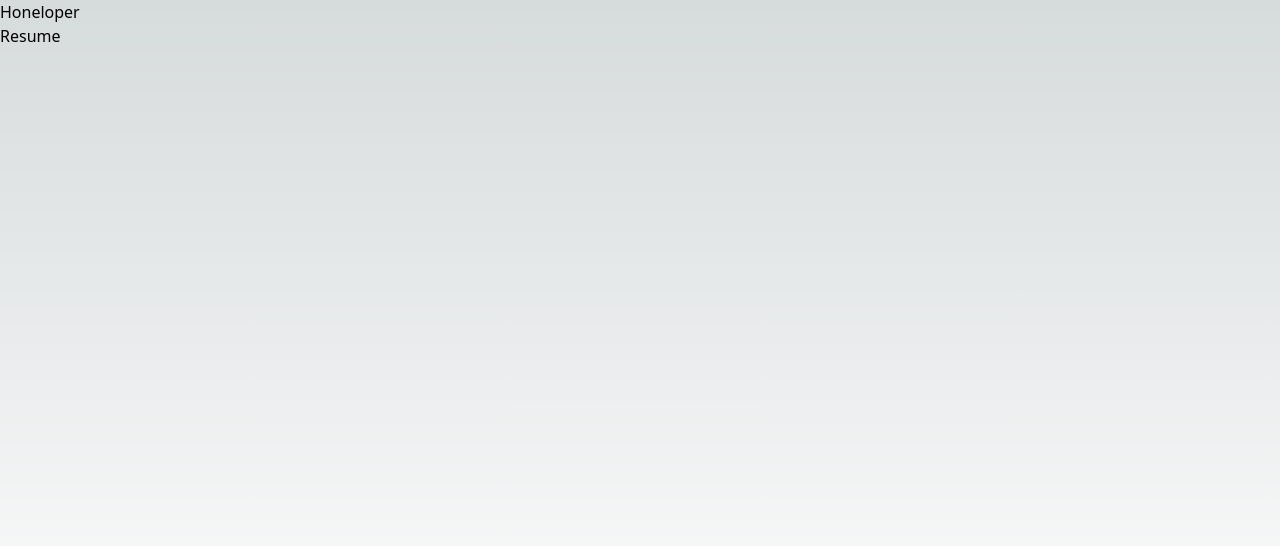
Repository: fatemesoleymanian/portfolio
Page: /
The author's editor kept a copy of each file at every save. The page is drawn from the files as they stood at one save, then again after the next save.
The browser window is 1280 px wide. The pictures show the whole page.
The project was rebuilt for these pictures with package versions that can differ from the ones it lists, and the page was loaded fresh each time. The framework's server and built-in components were replaced by stand-ins that run in the browser. Also part of the build but not shown: next.config.js.

Above is the page before, as saved 2023-03-10 13:16:19.

### pages/index.js
import Head from 'next/head'

export default function Home() {
  return (
    <>
      <Head>
        <title>My Portfolio</title>
        <meta name="description" content="Generated by create next app" />
        <meta name="viewport" content="width=device-width, initial-scale=1" />
        <link rel="icon" href="/favicon.ico" />
      </Head>
      <main>
       <section className="min-h-screen">
          <nav>
          <h1>Honeloper</h1>
            <ul>
              <li></li>
              <li>
                <a href='#'>Resume</a>
              </li>
            </ul>
          </nav>
        </section>
      </main>
    </>
  )
}

### styles/globals.css
@tailwind base;
@tailwind components;
@tailwind utilities;
:root {
  --max-width: 1100px;
  --border-radius: 12px;
  --font-mono: ui-monospace, Menlo, Monaco, 'Cascadia Mono', 'Segoe UI Mono',
    'Roboto Mono', 'Oxygen Mono', 'Ubuntu Monospace', 'Source Code Pro',
    'Fira Mono', 'Droid Sans Mono', 'Courier New', monospace;

  --foreground-rgb: 0, 0, 0;
  --background-start-rgb: 214, 219, 220;
  --background-end-rgb: 255, 255, 255;

  --primary-glow: conic-gradient(
    from 180deg at 50% 50%,
    #16abff33 0deg,
    #0885ff33 55deg,
    #54d6ff33 120deg,
    #0071ff33 160deg,
    transparent 360deg
  );
  --secondary-glow: radial-gradient(
    rgba(255, 255, 255, 1),
    rgba(255, 255, 255, 0)
  );

  --tile-start-rgb: 239, 245, 249;
  --tile-end-rgb: 228, 232, 233;
  --tile-border: conic-gradient(
    #00000080,
    #00000040,
    #00000030,
    #00000020,
    #00000010,
    #00000010,
    #00000080
  );

  --callout-rgb: 238, 240, 241;
  --callout-border-rgb: 172, 175, 176;
  --card-rgb: 180, 185, 188;
  --card-border-rgb: 131, 134, 135;
}

@media (prefers-color-scheme: dark) {
  :root {
    --foreground-rgb: 255, 255, 255;
    --background-start-rgb: 0, 0, 0;
    --background-end-rgb: 0, 0, 0;

    --primary-glow: radial-gradient(rgba(1, 65, 255, 0.4), rgba(1, 65, 255, 0));
    --secondary-glow: linear-gradient(
      to bottom right,
      rgba(1, 65, 255, 0),
      rgba(1, 65, 255, 0),
      rgba(1, 65, 255, 0.3)
    );

    --tile-start-rgb: 2, 13, 46;
    --tile-end-rgb: 2, 5, 19;
    --tile-border: conic-gradient(
      #ffffff80,
      #ffffff40,
      #ffffff30,
      #ffffff20,
      #ffffff10,
      #ffffff10,
      #ffffff80
    );

    --callout-rgb: 20, 20, 20;
    --callout-border-rgb: 108, 108, 108;
    --card-rgb: 100, 100, 100;
    --card-border-rgb: 200, 200, 200;
  }
}

* {
  box-sizing: border-box;
  padding: 0;
  margin: 0;
}

html,
body {
  max-width: 100vw;
  overflow-x: hidden;
}

body {
  color: rgb(var(--foreground-rgb));
  background: linear-gradient(
      to bottom,
      transparent,
      rgb(var(--background-end-rgb))
    )
    rgb(var(--background-start-rgb));
}

a {
  color: inherit;
  text-decoration: none;
}

@font-face {
  font-family: "burtons";
  src: url('../public/Burtons.otf');
}

### tailwind.config.js
/** @type {import('tailwindcss').Config} */
module.exports = {
  content: [
    "./app/**/*.{js,ts,jsx,tsx}",
    "./pages/**/*.{js,ts,jsx,tsx}",
    "./components/**/*.{js,ts,jsx,tsx}",

  ],
  theme: {
    extend: {},
  },
  plugins: [],
}

Loaded but not shown: pages/_app.js (common file); pages/_document.js (common file)

After the next save:
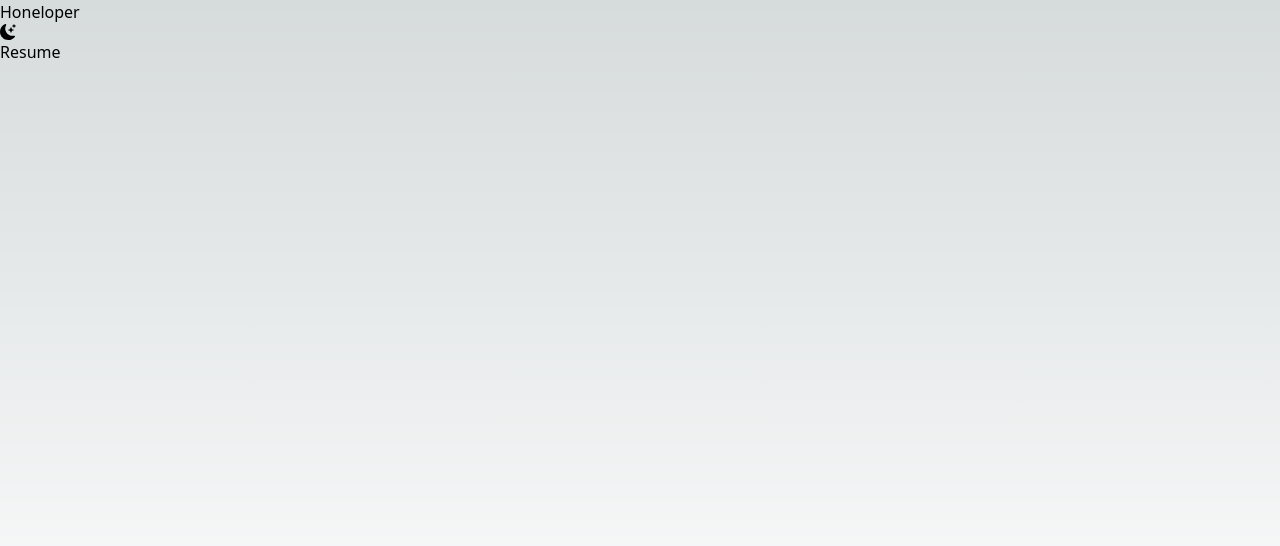
Saved 2 min 28 s later.
--- a/pages/index.js
+++ b/pages/index.js
@@ -1,5 +1,5 @@
 import Head from 'next/head'
-
+import {BsFillMoonStarsFill} from 'react-icons/bs'
 export default function Home() {
   return (
     <>
@@ -14,7 +14,9 @@ export default function Home() {
           <nav>
           <h1>Honeloper</h1>
             <ul>
-              <li></li>
+              <li>
+                <BsFillMoonStarsFill />
+              </li>
               <li>
                 <a href='#'>Resume</a>
               </li>
